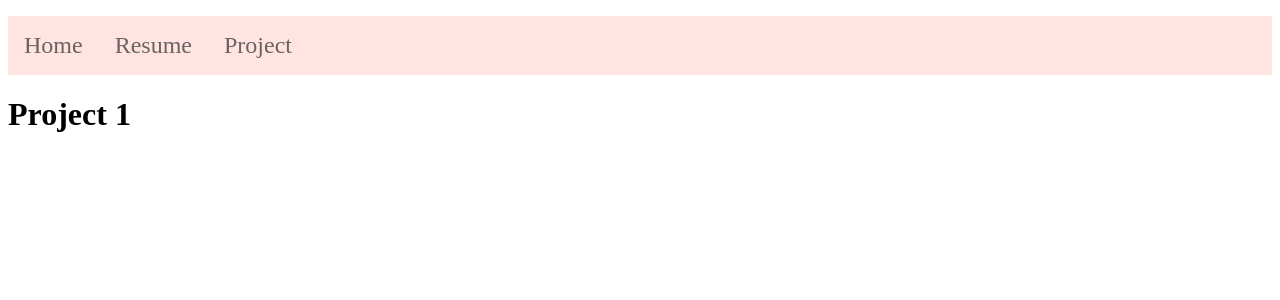
Repository: GiangNguyen2805/GiangNguyen2805.github.io
Page: project 1.html
The author's editor kept a record of every edit. The page is drawn from the files as they stood at one moment, then again after the next edit.
The browser window is 1280 px wide. The pictures show the whole page.

Above is the page before.

After the next edit:
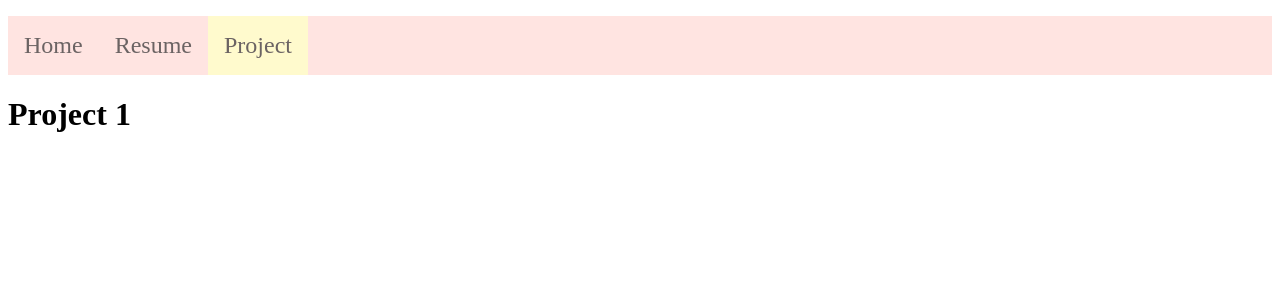
The edit:
--- a/project 1.html
+++ b/project 1.html
@@ -8,9 +8,9 @@
 
 <ul class="navbar">
 <li><a href="/index.html">Home</a></li>
-<li ><a href="resume.html">Resume</a></li>
+<li><a href="resume.html">Resume</a></li>
 <li class="dropdown">
-    <div>Project</div>
+    <div class="active">Project</div>
     <ul class="dropdown-content">
         <li><a href="a">Project 1</a></li>
         <li><a href="a">Project 2</a></li>
